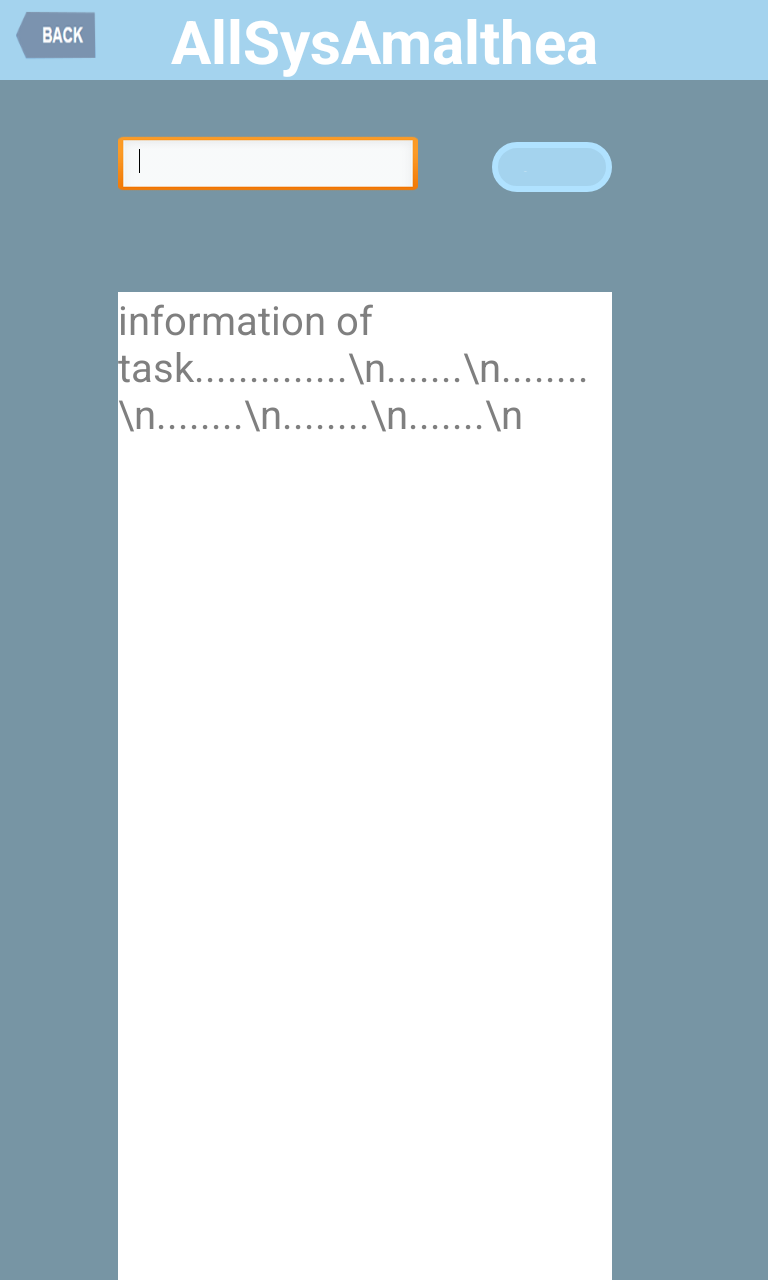
Repository: AllSysAmalthea/AllSys
Layout: APP/AppUI code/代码/Allsys/res/layout/activity_search.xml
These files come from the project's save history. The layout is drawn as it stood at one moment and after the next save; the edit follows.
It is drawn on a 768 x 1280 px phone screen (xhdpi) without system bars, with theme android:Theme.NoTitleBar; the app's code is not run.

Above is the layout before, as saved 2015-06-08 02:45:25.

### APP/AppUI code/代码/Allsys/res/layout/activity_search.xml
<RelativeLayout xmlns:android="http://schemas.android.com/apk/res/android"
    xmlns:tools="http://schemas.android.com/tools"
    android:layout_width="match_parent"
    android:layout_height="wrap_content"
    android:layout_gravity="center_horizontal"
    android:background="@drawable/back"
    android:gravity="top"
    tools:context=".VoluteerAvtivity" >

    <AbsoluteLayout
        android:id="@+id/linearLayout1"
        android:layout_width="fill_parent"
        android:layout_height="wrap_content"
        android:orientation="horizontal" >

        <TextView
            android:id="@+id/header_text"
            android:layout_width="fill_parent"
            android:layout_height="80px"
            android:layout_x="0px"
            android:layout_y="0px"
            android:background="#A4D3EE"
            android:gravity="center"
            android:singleLine="true"
            android:text="AllSysAmalthea"
            android:textColor="#ffffff"
            android:textSize="30sp"
            android:textStyle="bold" />

        <ImageButton
            android:id="@+id/exit"
            android:layout_width="80px"
            android:layout_height="80px"
            android:layout_x="8dp"
            android:layout_y="-4dp"
            android:background="@drawable/pic2" />

        <ImageButton
            android:id="@+id/user"
            android:layout_width="100px"
            android:layout_height="100px"
            android:layout_x="492dp"
            android:layout_y="-11dp"
            android:background="@drawable/user" />

    </AbsoluteLayout>

    <TextView
        android:id="@+id/searchresult"
        android:layout_width="400dp"
        android:layout_height="600dp"
        android:layout_alignLeft="@+id/searchContent"
        android:layout_alignRight="@+id/Search"
        android:layout_below="@+id/searchContent"
        android:layout_marginTop="48dp"
        android:background="#ffffff"
        android:lineSpacingMultiplier="1.0"
        android:lines="10"
        android:text="information of task..............\n.......\n........\n........\n........\n.......\n"
        android:textColor="#7f7f7f"
        android:textSize="20sp" />

    <EditText
        android:id="@+id/searchContent"
        android:layout_width="300px"
        android:layout_height="60px"
        android:layout_alignParentLeft="true"
        android:layout_below="@+id/linearLayout1"
        android:layout_marginLeft="59dp"
        android:layout_marginTop="28dp"
        android:ems="10"
        android:textSize="20sp" >

        <requestFocus />
    </EditText>

    <Button
        android:id="@+id/Search"
        android:layout_width="120px"
        android:layout_height="50px"
        android:layout_alignBaseline="@+id/searchContent"
        android:layout_alignBottom="@+id/searchContent"
        android:layout_marginLeft="37dp"
        android:layout_toRightOf="@+id/searchContent"
        android:background="@drawable/shape3"
        android:text="Search"
        android:textColor="#ffffff"
        android:textSize="14sp" />

</RelativeLayout>

### APP/AppUI code/代码/Allsys/res/drawable-mdpi/shape3.xml
<?xml version="1.0" encoding="utf-8"?>
<shape xmlns:android="http://schemas.android.com/apk/res/android"
    android:shape="rectangle" >

    <!-- 填充的颜色：这里设置背景透明 -->
    <solid android:color="#A4D3EE" />
    <!-- 边框的颜色 ：不能和窗口背景色一样-->
    <stroke
        android:width="3dp"
        android:color="#B0E2FF" />
    <!-- 设置按钮的四个角为弧形 -->
    <!-- android:radius 弧形的半径 -->
    <corners android:radius="15dip" />

    <!-- padding：Button里面的文字与Button边界的间隔 -->
    <padding
        android:bottom="10dp"
        android:left="10dp"
        android:right="10dp"
        android:top="10dp" />

</shape>

After the next save:
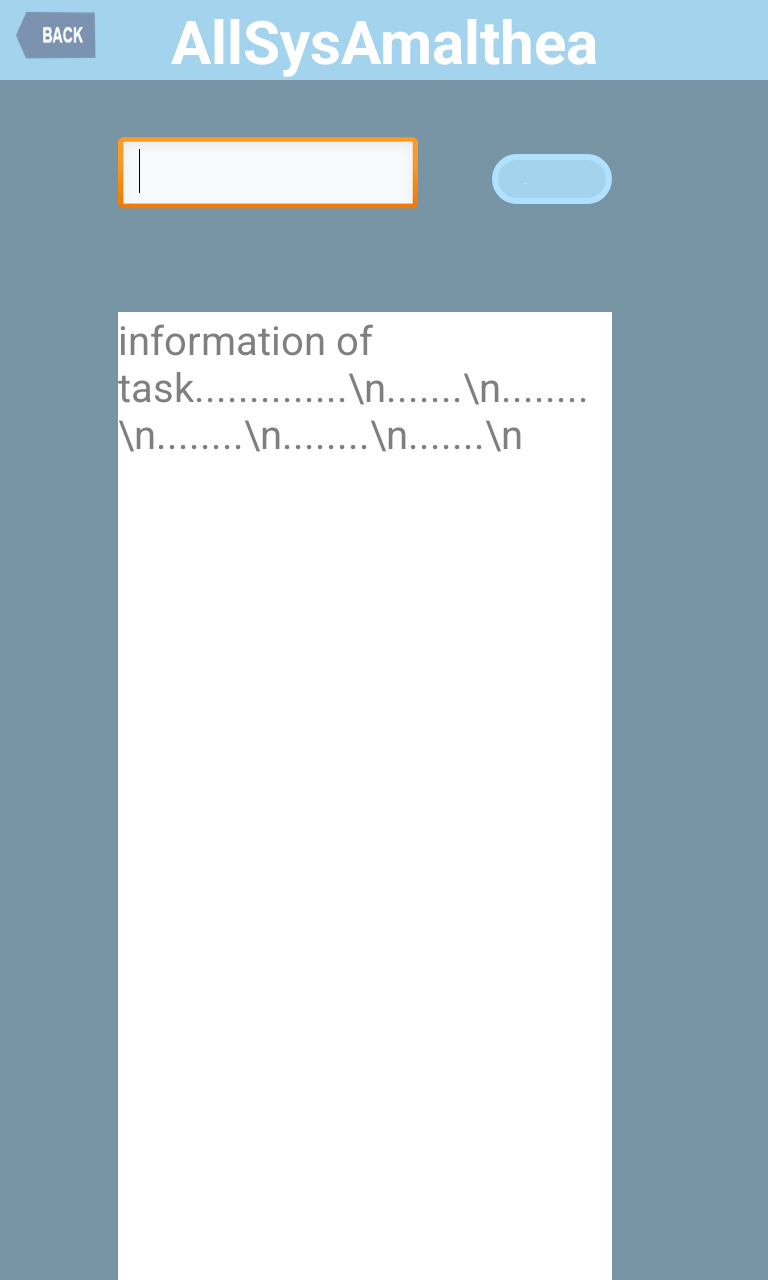
Saved 25 s later.
--- a/APP/AppUI code/代码/Allsys/res/layout/activity_search.xml
+++ b/APP/AppUI code/代码/Allsys/res/layout/activity_search.xml
@@ -63,13 +63,13 @@
     <EditText
         android:id="@+id/searchContent"
         android:layout_width="300px"
-        android:layout_height="60px"
+        android:layout_height="80px"
         android:layout_alignParentLeft="true"
         android:layout_below="@+id/linearLayout1"
         android:layout_marginLeft="59dp"
         android:layout_marginTop="28dp"
         android:ems="10"
-        android:textSize="20sp" >
+        android:textSize="26sp" >
 
         <requestFocus />
     </EditText>
